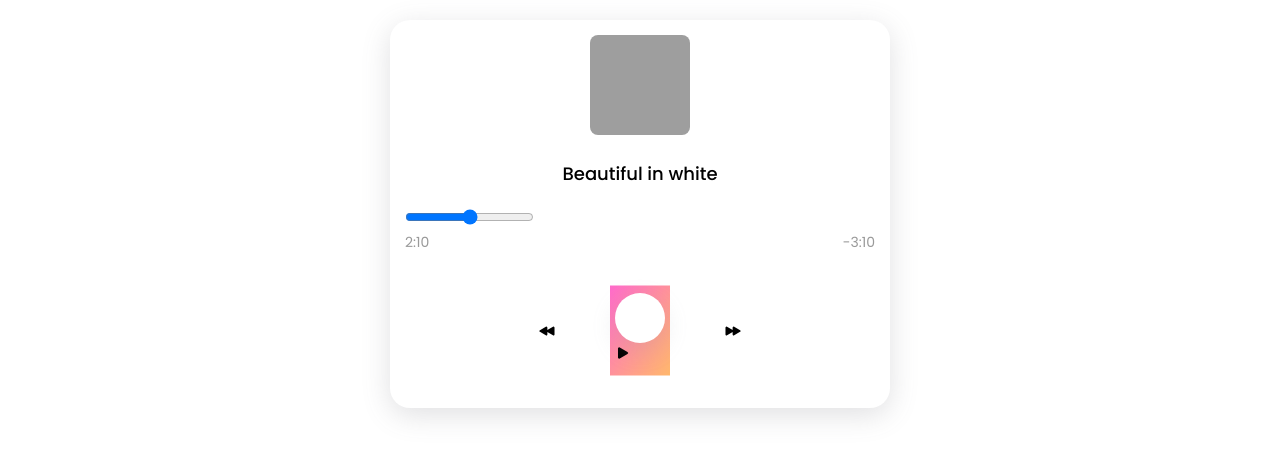
Repository: quyenpv10/mp3__music
Page: index.html
These files come from the project's save history. The page is drawn as it stood at one moment and after the next save; the edit follows.
The browser window is 1280 px wide. The pictures show the whole page.
Pictures or frames that could not be fetched are drawn as grey boxes.

Above is the page before, as saved 2021-12-10 20:17:44.

After the next save:
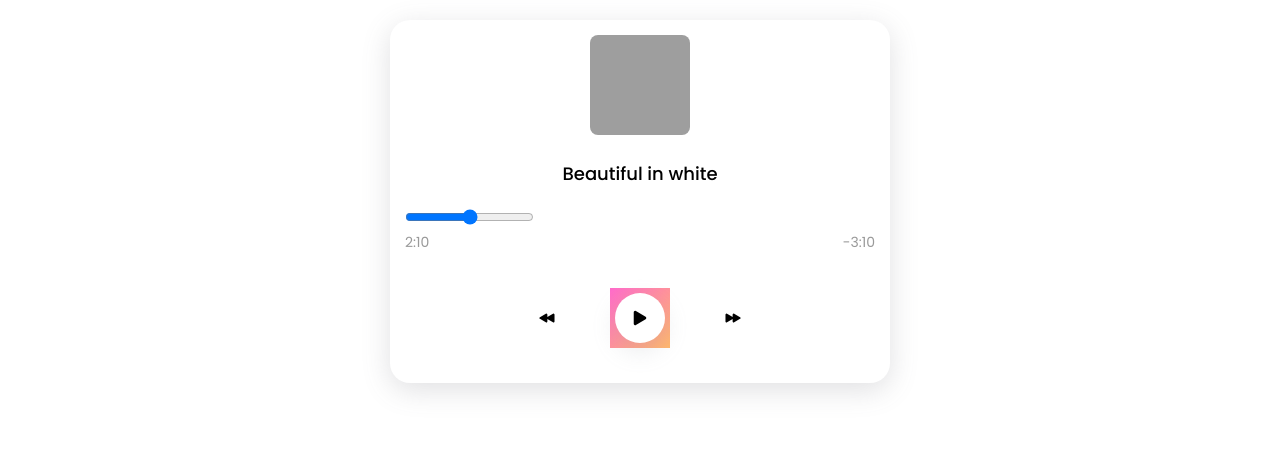
Saved 33 s later.
--- a/index.html
+++ b/index.html
@@ -28,8 +28,9 @@
         <div class="controls">
             <ion-icon name="play-back" class="play-back"></ion-icon>
             <div class="play">
-                <div class="play-inner"></div>
-                <ion-icon name="play"></ion-icon>
+                <div class="play-inner">
+                    <ion-icon name="play"></ion-icon>
+                </div>
             </div>
             <ion-icon name="play-forward" class="play-forward"></ion-icon>
 
